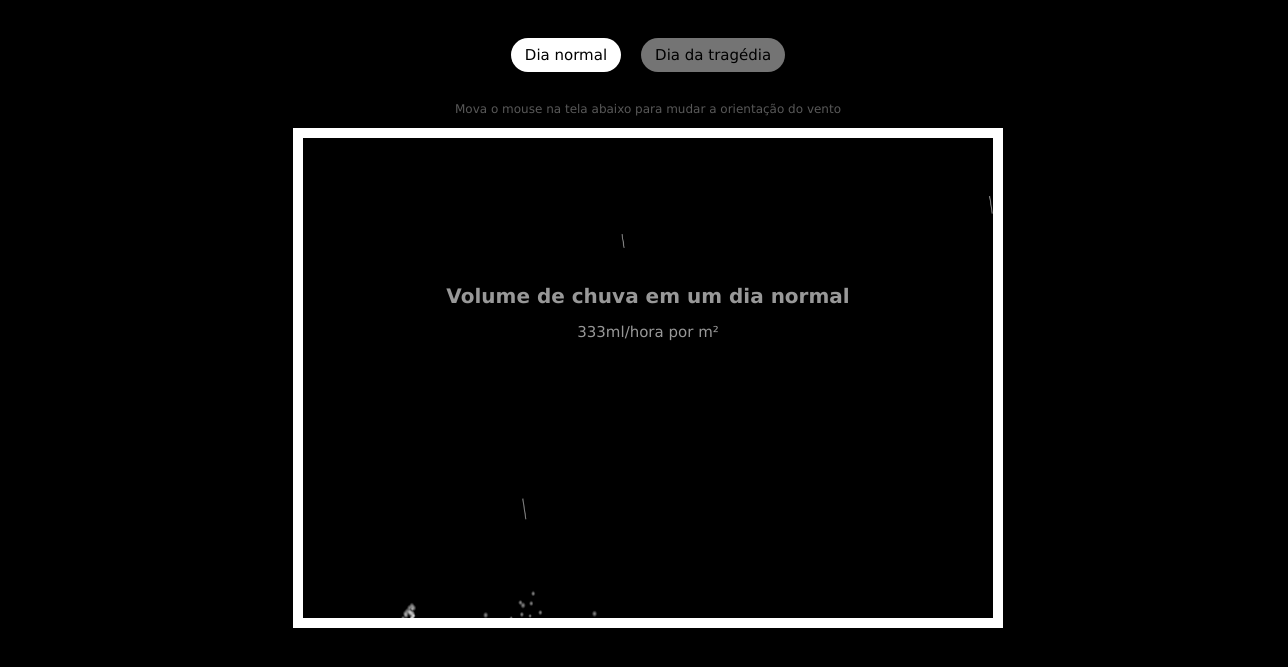
Repository: lucasthaynan/chuvas-estadao
Page: index.html
These files come from the project's save history. The page is drawn as it stood at one moment and after the next save; the edit follows.
The browser window is 1280 px wide. The page is 1288 px wide, so the pictures cover 1288 px, including what lies to the right of the window. The pictures show the whole page.

Above is the page before, as saved 2023-02-24 14:36:22.
Console error: ReferenceError: dat is not defined

### index.html
<!DOCTYPE html>
<html lang="en">
<head>
    <meta charset="UTF-8">
    <meta http-equiv="X-UA-Compatible" content="IE=edge">
    <meta name="viewport" content="width=device-width, initial-scale=1.0">
    <link rel="stylesheet" href="./style.css">

    <title>Document</title>
</head>
<body>


    <div>
        <!-- <h1>Texto teste</h1> -->
        <div class="btns">
            <button class="btn-normal active" onclick="clickNormal()">
                <p>Dia normal</p>
            </button>
            <button class="btn-tragedia" onclick="clickTragedia()">
                <p>Dia da tragédia</p>
            </button>
        </div>
        <p class="legenda">Mova o mouse na tela abaixo para mudar a orientação do vento</p>
    </div>
    <div id="instructions"></div>

        <canvas id="canvas">Canvas is not supported in your browser

        </canvas>

    <div class="text">
        <p class="destaque visible">Volume de chuva em um dia normal</p>
        <p class="volume visible">333ml/hora por m²</p>
    </div>


    <script src="./main.js"></script>
</body>
</html>

### style.css
/* html {
	position: absolute;
	width: 100%;
	height: 100%;
} */

body {
    background: -moz-linear-gradient(top,  rgb(0, 0, 0) 0%, rgb(0, 0, 0) 100%); /* FF3.6-15 */
    background: linear-gradient(to bottom,  rgb(0, 0, 0) 0%,rgba(0, 0, 0, 0.93) 100%);
    background: -webkit-linear-gradient(top,  rgb(0, 0, 0) 0%,rgb(0, 0, 0) 100%); /* Chrome10-25,Safari5.1-6 */
    /* background: linear-gradient(to bottom,  rgba(8,13,40,1) 0%,rgba(38,19,0,1) 100%); W3C, IE10+, FF16+, Chrome26+, Opera12+, Safari7+ */

    display: flex;
    flex-direction: column;

    width: 710px;
    height: 500px;

    position: relative;
    width: 100%;

}

canvas {
    width: 710px;
    height: 500px;

    left: 50%;

    position: absolute;
    transform: translateX(-50%);

    margin-top: 120px;

    /* background-color: rgb(63, 147, 147); */
    border: 10px solid #ffffff;


    box-sizing: border-box;

}

@media (max-width: 709px) {
    canvas {
        /* display: none; */
        width: 100vw;
        /* background-color: rgb(63, 147, 147); */
    }
}

#instructions {
	opacity: 1;
	transition: opacity 2s;
	background-repeat: no-repeat;
	background-position: center center;
	background-size: contain;
	/* background-image: url(data:[embedded picture, 1818 characters]);
	 */

    width: 710px;
    height: 500px;

    left: 50%;

    position: absolute;
    transform: translateX(-50%);

    margin-top: 200px;

	/* @media (max-height: 400px) {
		display: none;
	} */


}


.text {
    display: flex;
    justify-content: center;
    width: 100vw;
    height: 100%;
    /* align-content: center; */
    align-items: center;
    flex-direction: column;
    flex-wrap: nowrap;
    gap: 15px;
}

p {
    margin: 0;
    font-weight: 800;
    color: #989898;
    font-size: 20px;
    text-align: center;
    font-family:'Lucida Sans', 'Lucida Sans Regular', 'Lucida Grande', 'Lucida Sans Unicode', Geneva, Verdana, sans-serif;
}

p.volume {
    font-size: 15px;
    font-weight: 500;
}

/* div.btns p {
    transition: ;
} */

button.btn-normal.active,
button.btn-tragedia.active {
    background-color: #ffffff;
}

p.visible {
    visibility: visible;
    opacity: 1;
    transition: opacity 0.5s linear;
  }


p.hidden {
    visibility: hidden;
    opacity: 0;
    transition: visibility 0s 0.5s, opacity 0.5s linear;
}

div.btns {
    display: flex;
    flex-direction: row;
    align-items: center;
    justify-content: center;
    gap: 20px;
    padding-bottom: 30px;
    padding-top: 30px;
}

div.btns > button {
    background-color: #747474;
    padding: 8px 14px;
    border-radius: 999px;
    cursor: pointer;
    border: 0;
}

div.btns > button p {
    font-size: 15px;
    font-weight: 400;
    color: #000000;
}

h1 {
    color: #ffffff;
    left: 50%;

    position: absolute;
    transform: translateX(-50%);
}

p.legenda {
    text-align: center;
    font-size: 12px;
    font-weight: 200;
    color: #585858;
}

### main.js
// Falling rain simulation using 2D canvas
// - vanilla JS, no frameworks
// - framerate independent physics
// - slow-mo / fast-forward support via demo.speed
// - supports high-DPI screens
// - falling rain particles are drawn as vector lines
// - splash particles are lazily pre-rendered so gradients aren't computed each frame
// - all particles make use of object pooling to further boost performance

// initialize


document.addEventListener("DOMContentLoaded", function() {

	demo.init();
	window.addEventListener('resize', demo.resize);


});

// demo namespace
var demo = {
	// CUSTOMIZABLE PROPERTIES
	// - physics speed multiplier: allows slowing down or speeding up simulation
	speed: 1,
	// - color of particles
	color: {
		r: '255',
		g: '255',
		b: '255',
		a: '0.5'
	},

	// END CUSTOMIZATION
	// whether demo is running
	started: false,
	// canvas and associated context references
	canvas: null,
	ctx: null,
	// viewport dimensions (DIPs)
	width: 0,
	height: 0,
	// devicePixelRatio alias (should only be used for rendering, physics shouldn't care)
	dpr: window.devicePixelRatio || 1,
	// time since last drop
	drop_time: 0,
	// ideal time between drops (changed with mouse/finger)
    drop_delay: 195,
	// drop_delay: 156,
	// wind applied to rain (changed with mouse/finger)
    wind: 5,
	// wind: 5,
	// color of rain (set in init)
	rain_color: null,
	rain_color_clear: null,
	// rain particles
	rain: [],
	rain_pool: [],
	// rain droplet (splash) particles
	drops: [],
	drop_pool: []
};

// demo initialization (should only run once)
demo.init = function() {

	if (!demo.started) {

		demo.started = true;
		demo.canvas = document.getElementById('canvas');
		demo.ctx = demo.canvas.getContext('2d');
		var c = demo.color;
		demo.rain_color = 'rgba(' + c.r + ',' + c.g + ',' + c.b + ',' + c.a + ')';
		demo.rain_color_clear = 'rgba(' + c.r + ',' + c.g + ',' + c.b + ',0)';
		demo.resize();
		Ticker.addListener(demo.step);

		//
		const gui = new dat.GUI();
		gui.add(demo, 'speed', 0.2, 2);

		// fade out instructions after a few seconds
		var instructions = document.getElementById('instructions');
		setTimeout(function() {
			instructions.style.opacity = 0;
			setTimeout(function(){
				instructions.parentNode.removeChild(instructions);
			}, 2000);
		}, 4000);
	}
}

// (re)size canvas (clears all particles)
demo.resize = function() {
	// localize common references
	var rain = demo.rain;
	var drops = demo.drops;
	// recycle particles
	for (var i = rain.length - 1; i >= 0; i--) {
			rain.pop().recycle();
	}
	for (var i = drops.length - 1; i >= 0; i--) {
			drops.pop().recycle();
	}
	// resize
	demo.width = window.innerWidth;
	demo.height = window.innerHeight;
	demo.canvas.width = demo.width * demo.dpr;
	demo.canvas.height = demo.height * demo.dpr;
}

demo.step = function(time, lag) {
	// localize common references
	var demo = window.demo;
	var speed = demo.speed;
	var width = demo.width;
	var height = demo.height;
	var wind = demo.wind;
	var rain = demo.rain;
	var rain_pool = demo.rain_pool;
	var drops = demo.drops;
	var drop_pool = demo.drop_pool;

	// multiplier for physics
	var multiplier = speed * lag;

	// spawn drops
	demo.drop_time += time * speed;
	while (demo.drop_time > demo.drop_delay) {
		demo.drop_time -= demo.drop_delay;
		var new_rain = rain_pool.pop() || new Rain();
		new_rain.init();
		var wind_expand = Math.abs(height / new_rain.speed * wind); // expand spawn width as wind increases
		var spawn_x = Math.random() * (width + wind_expand);
		if (wind > 0) spawn_x -= wind_expand;
		new_rain.x = spawn_x;
		rain.push(new_rain);
	}

	// rain physics
	for (var i = rain.length - 1; i >= 0; i--) {
		var r = rain[i];
		r.y += r.speed * r.z * multiplier;
		r.x += r.z * wind * multiplier;
		// remove rain when out of view
		if (r.y > height) {
			// if rain reached bottom of view, show a splash
			r.splash();
		}
		// recycle rain
		if (r.y > height + Rain.height * r.z || (wind < 0 && r.x < wind) || (wind > 0 && r.x > width + wind)) {
			r.recycle();
			rain.splice(i, 1);
		}
	}

	// splash drop physics
	var drop_max_speed = Drop.max_speed;
	for (var i = drops.length - 1; i >= 0; i--) {
		var d = drops[i];
		d.x += d.speed_x * multiplier;
		d.y += d.speed_y * multiplier;
		// apply gravity - magic number 0.3 represents a faked gravity constant
		d.speed_y += 0.3 * multiplier;
		// apply wind (but scale back the force)
		d.speed_x += wind / 25 * multiplier;
		if (d.speed_x < -drop_max_speed) {
			d.speed_x = -drop_max_speed;
		}else if (d.speed_x > drop_max_speed) {
			d.speed_x = drop_max_speed;
		}
		// recycle
		if (d.y > height + d.radius) {
			d.recycle();
			drops.splice(i, 1);
		}
	}

	demo.draw();
}

demo.draw = function() {
	// localize common references
	var demo = window.demo;
	var width = demo.width;
	var height = demo.height;
	var dpr = demo.dpr;
	var rain = demo.rain;
	var drops = demo.drops;
	var ctx = demo.ctx;

	// start fresh
	ctx.clearRect(0, 0, width*dpr, height*dpr);

	// draw rain (trace all paths first, then stroke once)
	ctx.beginPath();
	var rain_height = Rain.height * dpr;
	for (var i = rain.length - 1; i >= 0; i--) {
		var r = rain[i];
		var real_x = r.x * dpr;
		var real_y = r.y * dpr;
		ctx.moveTo(real_x, real_y);
		// magic number 1.5 compensates for lack of trig in drawing angled rain
		ctx.lineTo(real_x - demo.wind * r.z * dpr * 1.5, real_y - rain_height * r.z);
	}
	ctx.lineWidth = Rain.width * dpr;
	ctx.strokeStyle = demo.rain_color;
	ctx.stroke();

	// draw splash drops (just copy pre-rendered canvas)
	for (var i = drops.length - 1; i >= 0; i--) {
		var d = drops[i];
		var real_x = d.x * dpr - d.radius;
		var real_y = d.y * dpr - d.radius;
		ctx.drawImage(d.canvas, real_x, real_y);
	}
}


// Rain definition
function Rain() {
	this.x = 0;
	this.y = 0;
	this.z = 0;
	this.speed = 25;
	this.splashed = false;
}
Rain.width = 2;

// TAMANHO DAS GOSTAS DE CHUVA - 40 = PADRAO
Rain.height = 40;
Rain.prototype.init = function() {
	this.y = Math.random() * -100;

    // VELOCIDADE DE QUEDA DA CHUVA - 0.5 + 0.5 = PADRAO
	this.z = Math.random() * 0.5 + 0.5;
	this.splashed = false;
}
Rain.prototype.recycle = function() {
	demo.rain_pool.push(this);
}
// recycle rain particle and create a burst of droplets
Rain.prototype.splash = function() {
	if (!this.splashed) {
		this.splashed = true;
		var drops = demo.drops;
		var drop_pool = demo.drop_pool;

		for (var i=0; i<16; i++) {
			var drop = drop_pool.pop() || new Drop();
			drops.push(drop);
			drop.init(this.x);
		}
	}
}


// Droplet definition
function Drop() {
	this.x = 0;
	this.y = 0;
	this.radius = Math.round(Math.random() * 4 + 2) * demo.dpr;
	this.speed_x = 0;
	this.speed_y = 0;
	this.canvas = document.createElement('canvas');
	this.ctx = this.canvas.getContext('2d');

	// render once and cache
	var diameter = this.radius * 2;
	this.canvas.width = diameter;
	this.canvas.height = diameter;

	var grd = this.ctx.createRadialGradient(this.radius, this.radius , 1, this.radius, this.radius, this.radius);
	grd.addColorStop(0, demo.rain_color);
	grd.addColorStop(1, demo.rain_color_clear);
	this.ctx.fillStyle = grd;
	this.ctx.fillRect(0, 0, diameter, diameter);
}

// DISPERCAO DOS PINGOS NO CHAO
Drop.max_speed = 6;

Drop.prototype.init = function(x) {
	this.x = x;
	this.y = demo.height;
	var angle = Math.random() * Math.PI - (Math.PI * 0.5);
	var speed = Math.random() * Drop.max_speed;
	this.speed_x = Math.sin(angle) * speed;
	this.speed_y = -Math.cos(angle) * speed;
}
Drop.prototype.recycle = function() {
	demo.drop_pool.push(this);
}




// handle interaction
demo.mouseHandler = function(evt) {
	demo.updateCursor(evt.clientX, evt.clientY);
}
demo.touchHandler = function(evt) {
	evt.preventDefault();
	var touch = evt.touches[0];
	demo.updateCursor(touch.clientX, touch.clientY);
}
demo.updateCursor = function(x, y) {
	x /= demo.width;
	y /= demo.height;
	var y_inverse = (1 - y);

	// demo.drop_delay = y_inverse*y_inverse*y_inverse * 100 + 2;

	if (btnAtual == "tragedia") {
		demo.wind = (x - 0.5) * 20;
	} else {
		demo.wind = (x - 0.5) * 10;
	}

}

document.addEventListener('mousemove', demo.mouseHandler);
// document.addEventListener('touchstart', demo.touchHandler);
// document.addEventListener('touchmove', demo.touchHandler);



// Frame ticker helper module
var Ticker = (function(){
	var PUBLIC_API = {};

	// public
	// will call function reference repeatedly once registered, passing elapsed time and a lag multiplier as parameters
	PUBLIC_API.addListener = function addListener(fn) {
		if (typeof fn !== 'function') throw('Ticker.addListener() requires a function reference passed in.');

		listeners.push(fn);

		// start frame-loop lazily
		if (!started) {
			started = true;
			queueFrame();
		}
	};

	// private
	var started = false;
	var last_timestamp = 0;
	var listeners = [];
	// queue up a new frame (calls frameHandler)
	function queueFrame() {
		if (window.requestAnimationFrame) {
			requestAnimationFrame(frameHandler);
		} else {
			webkitRequestAnimationFrame(frameHandler);
		}
	}
	function frameHandler(timestamp) {
		var frame_time = timestamp - last_timestamp;
		last_timestamp = timestamp;
		// make sure negative time isn't reported (first frame can be whacky)
		if (frame_time < 0) {
			frame_time = 17;
		}
		// - cap minimum framerate to 15fps[~68ms] (assuming 60fps[~17ms] as 'normal')
		else if (frame_time > 68) {
			frame_time = 68;
		}

		// fire custom listeners
		for (var i = 0, len = listeners.length; i < len; i++) {
			listeners[i].call(window, frame_time, frame_time / 16.67);
		}

		// always queue another frame
		queueFrame();
	}

	return PUBLIC_API;
}());

// ATIVANDO BOTOES PARA MUDAR VOLUME DA CHUVA

// window.onload=function() {

// 	let btnNormal = document.querySelector("div.btn-normal")
// 	let btnTragedia = document.querySelector("div.btn-tragedia")

// 	btnNormal.addEventListener("click", e => {
// 		demo.drop_delay = 156
// 		demo.wind = 5
// 		console.log("normal")
// 	})

// 	btnTragedia.addEventListener("click", e => {
// 		demo.drop_delay = 2.5
// 		demo.wind = 15
// 		console.log("tragedia")
// 	})

// }

let btnAtual = "normal"

function clickTragedia(){

		btnAtual = "tragedia"

		document.querySelector("button.btn-normal").classList.remove("active")
		document.querySelector("button.btn-tragedia").classList.add("active")

		document.querySelector("p.destaque").classList.add("hidden")
		document.querySelector("p.volume").classList.add("hidden")

		setTimeout(() => {
			document.querySelector("p.destaque").innerHTML = "Volume de chuva no dia da tragédia"
			document.querySelector("p.volume").innerHTML = "26,5 litros/hora por m²"

			document.querySelector("p.destaque").classList.remove("hidden");
			document.querySelector("p.volume").classList.remove("hidden");
		  }, 500)



		demo.drop_delay = 2.5
		demo.wind = 5
		Drop.max_speed = 10
		console.log(btnAtual)
	}

function clickNormal(){

		btnAtual = "normal"

		// document.querySelector("button .btn-tragedia").style.background = "#797979"

		document.querySelector("button.btn-normal").classList.add("active")
		document.querySelector("button.btn-tragedia").classList.remove("active")

		document.querySelector("p.destaque").classList.add("hidden")
		document.querySelector("p.volume").classList.add("hidden")

		setTimeout(() => {
			document.querySelector("p.destaque").innerHTML = "Volume de chuva em um dia normal"
			document.querySelector("p.volume").innerHTML = "333ml/hora por m²"

			document.querySelector("p.destaque").classList.remove("hidden");
			document.querySelector("p.volume").classList.remove("hidden");
		  }, 500)



		demo.drop_delay = 195
		demo.wind = 4
		Drop.max_speed = 6
		console.log(btnAtual)
	}


// let btnNormal = document.querySelector("div.btn-normal")
// 	let btnTragedia = document.querySelector("div.btn-tragedia")

// 	btnNormal.addEventListener("click", e => {
// 		console.log("normal")
// 		demo.drop_delay = 156
// 		demo.wind = 5
// 		console.log("normal")
// 	})

// 	btnTragedia.addEventListener("click", e => {
// 		console.log("tragedia")
// 		demo.drop_delay = 2.5
// 		demo.wind = 15
// 		console.log("tragedia")
// 	})

After the next save:
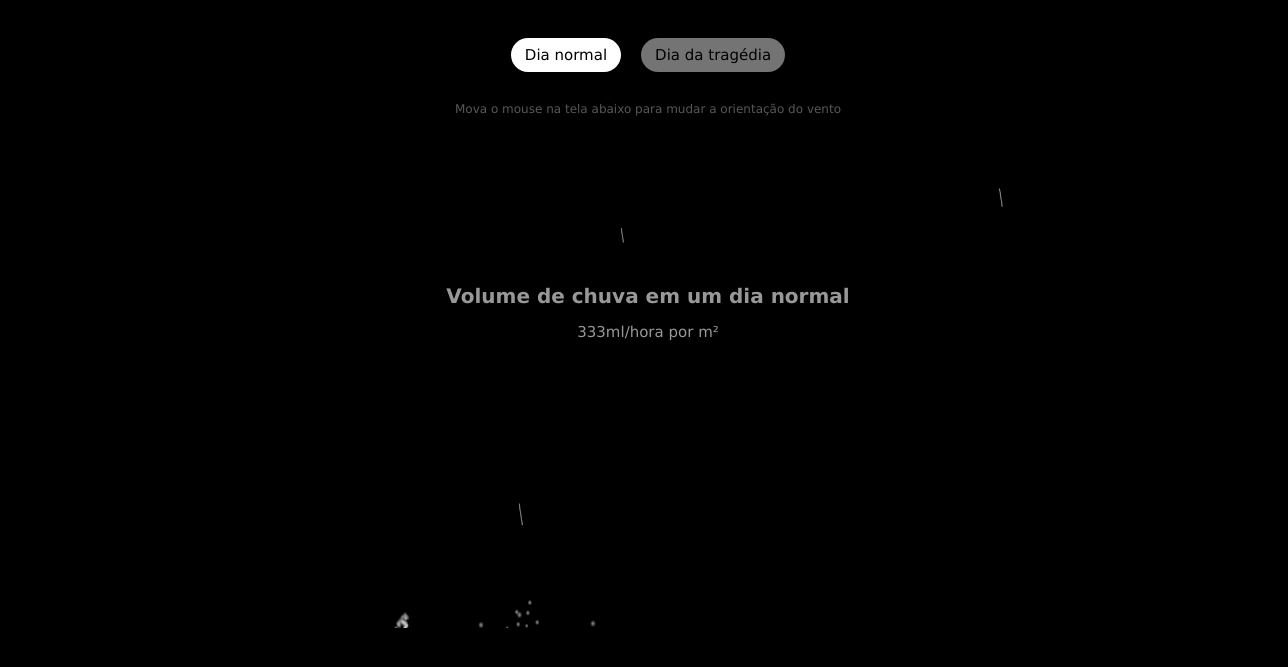
Saved 44 s later.
--- a/style.css
+++ b/style.css
@@ -33,7 +33,7 @@ canvas {
     margin-top: 120px;
 
     /* background-color: rgb(63, 147, 147); */
-    border: 10px solid #ffffff;
+    /* border: 10px solid #ffffff; */
 
 
     box-sizing: border-box;
